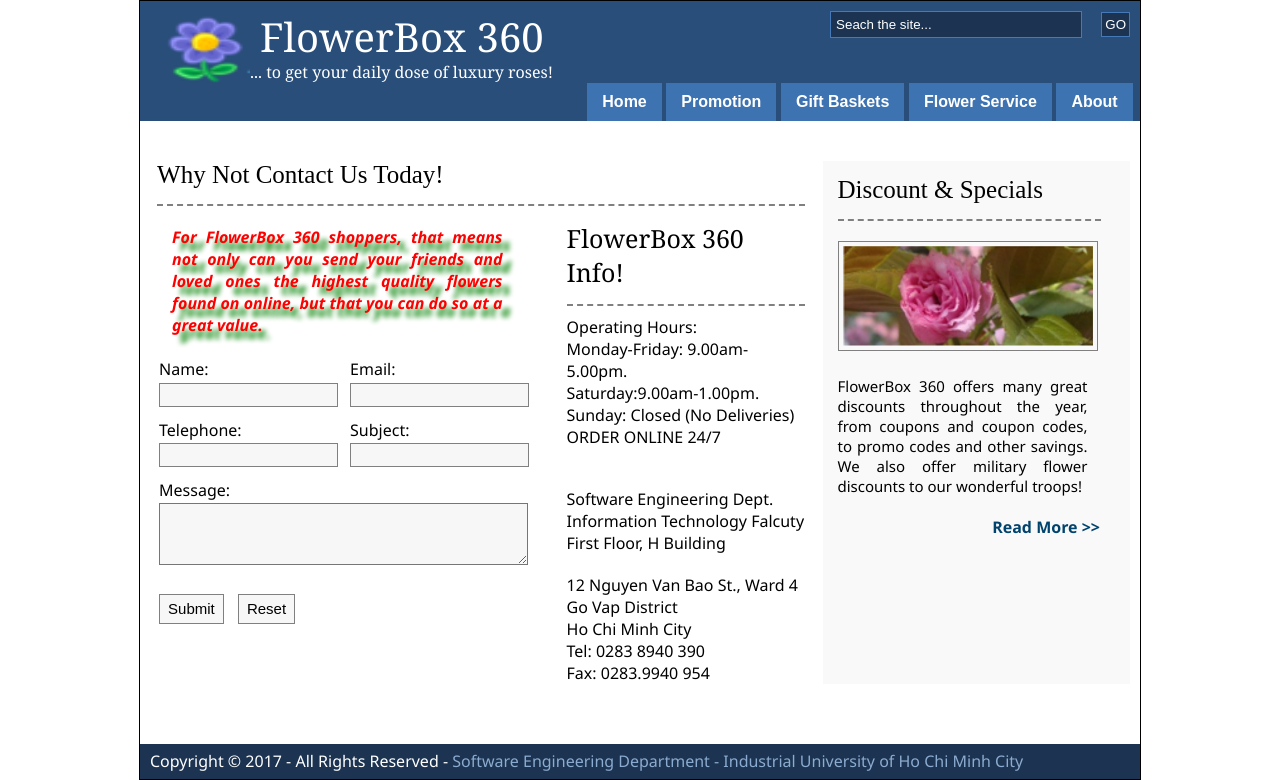
Repository: thu1365/BTKT_WEB
Page: HTML/btkt.html
The author's editor kept a copy of each file at every save. The page is drawn from the files as they stood at one save, then again after the next save.
The browser window is 1280 px wide. The pictures show the whole page.

Above is the page before, as saved 2023-03-11 21:35:35.

After the next save:
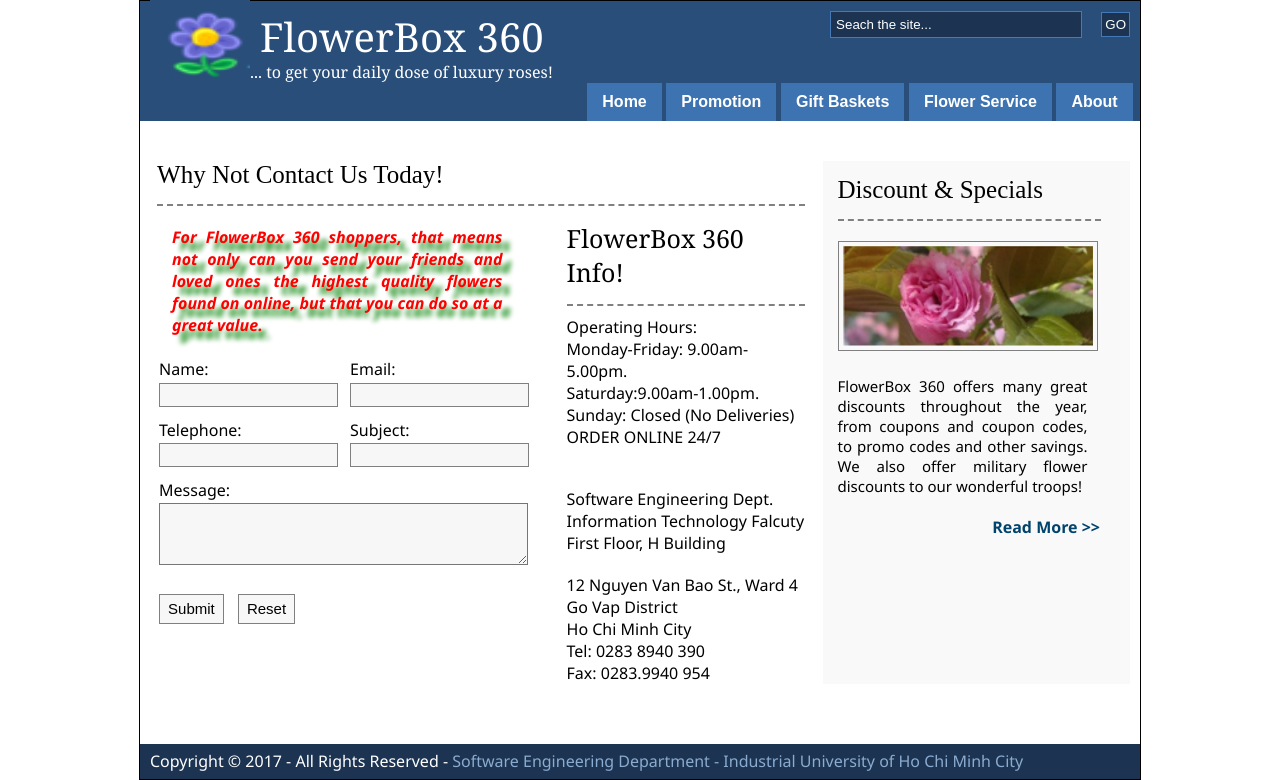
Saved 5 s later.
--- a/HTML/btkt.html
+++ b/HTML/btkt.html
@@ -29,7 +29,7 @@
         .logo {
             position: relative;
             left: 10px;
-            bottom: 5;
+            bottom: 5px;
             width: 100px;
             height: 100px;
         }
